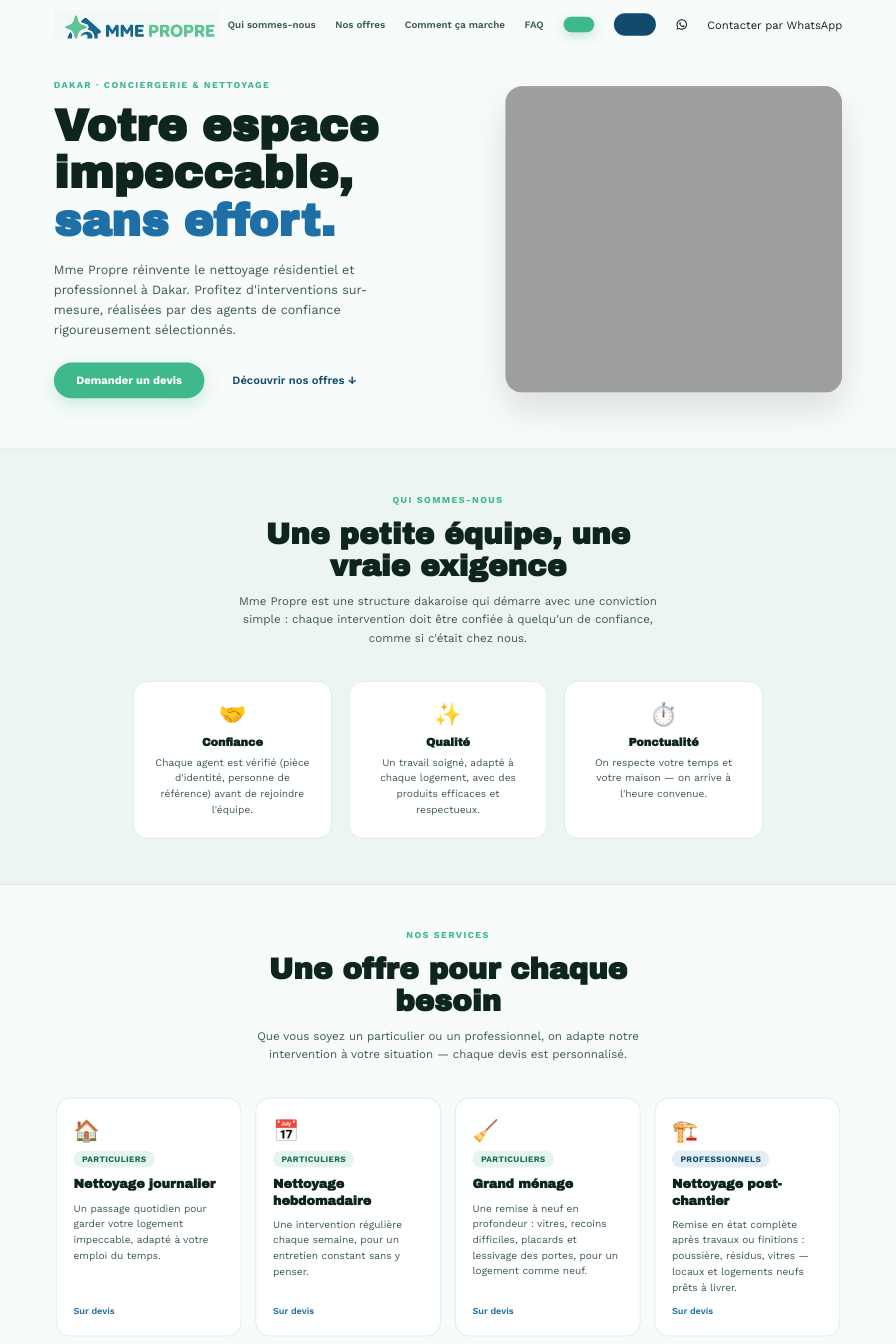
Repository: AntaaaKD/Mme-Propre
Page: index.html
These files come from the project's save history. The page is drawn as it stood at one moment and after a run of saves; the edit follows.
The browser window is 1280 px wide. The pictures show the part of the page from y = 0 to 1920 px (the page is 4385 px tall), at 70% of full size.
Pictures or frames that could not be fetched are drawn as grey boxes.

Above is the page before, as saved 2026-07-29 00:51:11.

### index.html
<!DOCTYPE html>
<html lang="fr">
<head>
<meta charset="UTF-8">
<meta name="viewport" content="width=device-width, initial-scale=1.0">
<title>Mme Propre — La propreté de votre demeure, en un clic</title>
<meta name="description" content="Nettoyage résidentiel et professionnel à Dakar : particuliers, bureaux, post-chantier. Agents de confiance, devis gratuit sous 24h.">

<!-- Aperçu de lien (WhatsApp, Facebook, etc.) -->
<meta property="og:type" content="website">
<meta property="og:title" content="Mme Propre — La propreté de votre demeure, en un clic">
<meta property="og:description" content="Nettoyage résidentiel et professionnel à Dakar : particuliers, bureaux, post-chantier. Agents de confiance, devis gratuit sous 24h.">
<meta property="og:image" content="https://images.unsplash.com/photo-1758272421751-963195322eaa?w=1200&auto=format&fit=crop&q=80">
<!-- ⚠️ Remplacer par l'URL réelle une fois le site déployé sur Netlify -->
<meta property="og:url" content="https://mme-propre.netlify.app/">
<meta name="twitter:card" content="summary_large_image">
<link rel="icon" type="image/png" href="data:[embedded picture, 38990 characters]">
<link rel="preconnect" href="https://fonts.googleapis.com">
<link rel="preconnect" href="https://fonts.gstatic.com" crossorigin>
<link href="https://fonts.googleapis.com/css2?family=Archivo+Black&family=Work+Sans:wght@400;500;600;700&display=swap" rel="stylesheet">

<!-- Sécurité : Cloudflare Turnstile -->
<script src="https://challenges.cloudflare.com/turnstile/v0/api.js" async defer></script>

<style>
  :root{
    --surface:#F7FBF9;
    --surface-2:#ECF5F0;
    --ink:#0E241E;
    --ink-soft:#3E5A52;
    --blue:#1D6FA5;
    --blue-deep:#124A6E;
    --mint:#3FB88C;
    --lemon:#F2C230;
    --line:#D6E6DE;
    --display:"Archivo Black", sans-serif;
    --body:"Work Sans", sans-serif;
  }
  *{box-sizing:border-box;}
  body{margin:0;padding:0;background:var(--surface);color:var(--ink);font-family:var(--body);}
  a{color:inherit;}
  section{scroll-margin-top:20px;}

  header{
    display:flex;align-items:center;justify-content:space-between;
    padding:15px 6vw;position:sticky;top:0;background:rgba(247,251,249,0.9);
    backdrop-filter:blur(6px);z-index:20;border-bottom:1px solid transparent;
  }
  .logo{display:flex;align-items:center;}
  .logo img{height:40px;width:auto;display:block;}
  nav{display:flex;align-items:center;gap:28px;}
  nav a.nav-link{font-size:14px;font-weight:600;color:var(--ink-soft);text-decoration:none;}
  .header-cta{
    font-size:14px;font-weight:700;color:#fff;background:var(--blue-deep);
    border-radius:999px;padding:11px 22px;text-decoration:none;
    transition:transform .15s ease;
  }
  .header-cta:hover{transform:translateY(-2px);}
  .header-cta-wa{
  display:inline-flex;align-items:center;gap:8px;background:var(--mint);
  box-shadow:0 6px 16px rgba(63,184,140,0.3);
}
.header-cta-wa:hover{box-shadow:0 10px 22px rgba(63,184,140,0.45);}
  @media (max-width:760px){ nav a.nav-link{display:none;} }

  .hero{position:relative;padding:6vh 6vw 10vh;overflow:hidden;}
  .hero-grid{position:relative;z-index:2;display:grid;grid-template-columns:1.1fr 0.9fr;gap:56px;align-items:center;}
  @media (max-width:860px){.hero-grid{grid-template-columns:1fr;gap:40px;} .hero-image{max-height:320px;}}
  .hero-image{position:relative;border-radius:24px;overflow:hidden;box-shadow:0 24px 50px rgba(14,36,30,0.12);aspect-ratio:1.1;}
  .hero-image img{width:100%;height:100%;object-fit:cover;display:block;}
  .eyebrow{font-size:13px;font-weight:700;letter-spacing:2px;text-transform:uppercase;color:var(--mint);margin-bottom:18px;}
  h1{font-family:var(--display);font-size:clamp(36px,5.5vw,64px);line-height:1.05;margin:0 0 22px;max-width:15ch;}
  h1 .accent{color:var(--blue);}
  .hero p.lead{font-size:18px;color:var(--ink-soft);max-width:46ch;line-height:1.6;margin:0 0 32px;}
  .hero-ctas{display:flex;gap:16px;align-items:center;flex-wrap:wrap;}
  .btn-primary{
    background:var(--mint);color:#fff;font-weight:700;padding:16px 32px;
    border-radius:999px;box-shadow:0 8px 24px rgba(63,184,140,0.25);text-decoration:none;
    transition:transform .2s ease, box-shadow .2s ease;
  }
  .btn-primary:hover{transform:translateY(-2px);box-shadow:0 12px 28px rgba(63,184,140,0.4);}
  .btn-secondary{font-weight:600;color:var(--blue-deep);padding:16px 24px;text-decoration:none;}

  .section{padding:9vh 6vw;}
  .section.alt{background:var(--surface-2);border-top:1px solid var(--line);border-bottom:1px solid var(--line);}
  .section-head{max-width:640px;margin:0 auto 48px;text-align:center;}
  .section-head .eyebrow{justify-content:center;display:flex;}
  .section-head h2{font-family:var(--display);font-size:clamp(28px,3.6vw,42px);margin:0 0 14px;}
  .section-head p{color:var(--ink-soft);font-size:16.5px;line-height:1.6;margin:0;}

    /* ---------- Qui sommes-nous / Valeurs ---------- */
  .values-grid{max-width:900px;margin:0 auto;display:grid;grid-template-columns:repeat(3,1fr);gap:24px;}
  @media (max-width:760px){.values-grid{grid-template-columns:1fr;}}
  .value-card{
    background:#fff;border:1.5px solid var(--line);border-radius:20px;padding:28px 24px;
    text-align:center;transition:transform .18s ease, box-shadow .18s ease;
  }
  .value-card:hover{transform:translateY(-4px);box-shadow:0 16px 32px rgba(14,36,30,0.08);}
  .value-icon{font-size:32px;display:block;margin-bottom:12px;}
  .value-card h4{font-family:var(--display);font-size:16px;margin:0 0 10px;}
  .value-card p{color:var(--ink-soft);font-size:14.5px;line-height:1.55;margin:0;}


  .offers{max-width:1120px;margin:0 auto;display:grid;grid-template-columns:repeat(4,1fr);gap:20px;}
  @media (max-width:980px){.offers{grid-template-columns:repeat(2,1fr);}}
  @media (max-width:560px){.offers{grid-template-columns:1fr;}}
  .offer-card{
    background:#fff;border:1.5px solid var(--line);border-radius:20px;padding:28px 24px;
    display:flex;flex-direction:column;gap:12px;transition:transform .18s ease, box-shadow .18s ease;
  }
  .offer-card:hover{transform:translateY(-4px);box-shadow:0 16px 32px rgba(14,36,30,0.08);}
  .offer-card .emoji{font-size:30px;}
  .offer-card h3{font-family:var(--display);font-size:18px;margin:0;line-height:1.3;}
  .offer-card p{color:var(--ink-soft);font-size:14.5px;line-height:1.55;margin:0;flex:1;}
  .offer-tag{
    align-self:flex-start;font-size:12px;font-weight:700;letter-spacing:0.5px;text-transform:uppercase;
    padding:5px 12px;border-radius:999px;
  }
  .tag-domicile{background:rgba(63,184,140,0.14);color:#1f6b4f;}
  .tag-pro{background:rgba(29,111,165,0.12);color:var(--blue-deep);}
  .offer-quote{font-size:13px;font-weight:600;color:var(--blue);margin-top:2px;}

  .steps{max-width:900px;margin:0 auto;display:grid;grid-template-columns:repeat(3,1fr);gap:28px;}
  @media (max-width:760px){.steps{grid-template-columns:1fr;}}
  .step{text-align:center;}
  .step-num{
    width:44px;height:44px;border-radius:50%;background:var(--blue-deep);color:#fff;
    display:flex;align-items:center;justify-content:center;font-family:var(--display);font-size:17px;
    margin:0 auto 16px;
  }
  .step h4{font-family:var(--display);font-size:17px;margin:0 0 8px;}
  .step p{color:var(--ink-soft);font-size:14.5px;line-height:1.55;margin:0;}

  .form-wrap{max-width:760px;margin:0 auto;background:#fff;border:1.5px solid var(--line);border-radius:24px;padding:44px 40px;}
  @media (max-width:600px){.form-wrap{padding:32px 22px;}}
  .grid{display:grid;grid-template-columns:1fr 1fr;gap:16px;}
  @media (max-width:680px){.grid{grid-template-columns:1fr;}}
  .field{display:flex;flex-direction:column;gap:6px;}
  .field.full{grid-column:1/-1;}
  label{font-size:13px;font-weight:600;color:var(--ink-soft);}
  input,select,textarea{
    font-family:var(--body);font-size:15px;border:1.5px solid var(--line);border-radius:12px;
    padding:13px 15px;background:#fff;color:var(--ink);outline:none;transition:border-color .18s ease;
  }
  input:focus,select:focus,textarea:focus{border-color:var(--blue);}
  textarea{resize:vertical;min-height:90px;}

  .security-row { margin-top: 10px; display: flex; justify-content: center; width: 100%; }

  .submit-row{margin-top:20px;display:flex;align-items:center;gap:16px;flex-wrap:wrap;}
  .btn-whatsapp{
    display:inline-flex;align-items:center;gap:10px;background:var(--mint);color:#fff;border:none;
    border-radius:999px;padding:15px 26px;font-family:var(--body);font-weight:700;font-size:15px;cursor:pointer;
    transition:transform .15s ease, box-shadow .15s ease;
  }
  .btn-whatsapp:hover{transform:translateY(-2px);box-shadow:0 8px 22px rgba(63,184,140,0.35);}
  .btn-whatsapp:disabled{opacity:0.6;cursor:not-allowed;transform:none;}
  .btn-whatsapp-outline{
    display:inline-flex;align-items:center;gap:10px;background:#fff;color:var(--ink);border:1.5px solid var(--line);
    border-radius:999px;padding:14px 24px;font-family:var(--body);font-weight:700;font-size:14.5px;cursor:pointer;
    transition:transform .15s ease, border-color .15s ease;
  }
  .btn-whatsapp-outline:hover{transform:translateY(-2px);border-color:var(--mint);}
  .hint{font-size:13px;color:var(--ink-soft);}
  .privacy-note{font-size:12.5px;color:var(--ink-soft);margin-top:10px;line-height:1.5;}
  .hp-field{position:absolute;left:-9999px;top:-9999px;height:0;width:0;overflow:hidden;}

  .direct{padding:8vh 6vw;text-align:center;}

  /* ---------- FAQ ---------- */
  .faq-list{max-width:760px;margin:0 auto;display:flex;flex-direction:column;gap:14px;}
  .faq-item{
    background:#fff;border:1.5px solid var(--line);border-radius:16px;
    padding:6px 22px;transition:border-color .18s ease;
  }
  .faq-item[open]{border-color:var(--mint);}
  .faq-item summary{
    padding:16px 0;font-family:var(--display);font-size:15.5px;cursor:pointer;
    list-style:none;display:flex;align-items:center;justify-content:space-between;gap:16px;color:var(--ink);
  }
  .faq-item summary::-webkit-details-marker{display:none;}
  .faq-item summary::after{
    content:"+";font-family:var(--body);font-size:22px;font-weight:400;color:var(--mint);flex-shrink:0;
    transition:transform .2s ease;
  }
  .faq-item[open] summary::after{transform:rotate(45deg);}
  .faq-item p{color:var(--ink-soft);font-size:14.5px;line-height:1.6;margin:0 0 18px;}
  .direct h3{font-family:var(--display);font-size:clamp(22px,3vw,30px);margin:0 0 12px;}
  .direct p{color:var(--ink-soft);margin:0 0 26px;font-size:16px;}
  .btn-direct{
    display:inline-flex;align-items:center;gap:10px;
    background:var(--blue-deep);color:#fff;border:none;border-radius:999px;
    padding:16px 30px;font-family:var(--body);font-weight:700;font-size:15.5px;text-decoration:none;
    transition:transform .15s ease;
  }
  .btn-direct:hover{transform:translateY(-2px);}

  footer{padding:26px 6vw;border-top:1px solid var(--line);font-size:13px;color:var(--ink-soft);display:flex;justify-content:space-between;flex-wrap:wrap;gap:10px;}
</style>
</head>
<body>

<header>
  <div class="logo"><img src="data:[embedded picture, 79982 characters]" alt="Mme Propre"></div>
    <nav>
    <a class="nav-link" href="#apropos">Qui sommes-nous</a>
    <a class="nav-link" href="#offres">Nos offres</a>
    <a class="nav-link" href="#comment">Comment ça marche</a>
    <a class="nav-link" href="#faq">FAQ</a>
    <a class=" header-cta header-cta-wa" id="header-wa-btn" href="#" target="_blank" rel="noopener">
    <a class="btn-direct" id="direct-wa" href="#" target="_blank" rel="noopener"></a>
  <svg viewBox="0 0 24 24" width="18" height="18" fill="currentColor" aria-hidden="true">
    <path d="M12 2C6.48 2 2 6.48 2 12c0 1.85.5 3.58 1.38 5.07L2 22l5.11-1.34A9.94 9.94 0 0 0 12 22c5.52 0 10-4.48 10-10S17.52 2 12 2zm0 18c-1.63 0-3.16-.44-4.48-1.21l-.32-.19-3.03.79.81-2.95-.21-.31A7.94 7.94 0 0 1 4 12c0-4.41 3.59-8 8-8s8 3.59 8 8-3.59 8-8 8zm4.36-5.86c-.24-.12-1.42-.7-1.64-.78-.22-.08-.38-.12-.54.12-.16.24-.62.78-.76.94-.14.16-.28.18-.52.06-.24-.12-1.01-.37-1.92-1.19-.71-.63-1.19-1.41-1.33-1.65-.14-.24-.01-.37.11-.49.11-.11.24-.28.36-.42.12-.14.16-.24.24-.4.08-.16.04-.3-.02-.42-.06-.12-.54-1.3-.74-1.78-.19-.46-.39-.4-.54-.4-.14 0-.3-.02-.46-.02s-.42.06-.64.3c-.22.24-.84.82-.84 2s.86 2.32.98 2.48c.12.16 1.7 2.6 4.12 3.64.58.25 1.03.4 1.38.51.58.18 1.11.16 1.53.1.47-.07 1.42-.58 1.62-1.14.2-.56.2-1.04.14-1.14-.06-.1-.22-.16-.46-.28z"/>
  </svg>
  <span>Contacter par WhatsApp</span>
</a>
  </nav>
</header>

<section class="hero">
  <div class="hero-grid">
    <div>
      <div class="eyebrow">Dakar · Conciergerie & Nettoyage</div>
      <h1>Votre espace impeccable, <span class="accent">sans effort.</span></h1>
      <p class="lead">Mme Propre réinvente le nettoyage résidentiel et professionnel à Dakar. Profitez d'interventions sur-mesure, réalisées par des agents de confiance rigoureusement sélectionnés.</p>
      <div class="hero-ctas">
        <a href="#devis" class="btn-primary">Demander un devis</a>
        <a href="#offres" class="btn-secondary">Découvrir nos offres ↓</a>
      </div>
    </div>
    <div class="hero-image">
      <img src="https://african.land/oc-content/plugins/blog/img/blog/328.jpg" alt="Nettoyage professionnel de maison à Dakar">

    </div>
  </div>
</section>



<!-- ============ NOUVELLE SECTION : QUI SOMMES-NOUS ============ -->
<section class="section alt" id="apropos">
  <div class="section-head">
    <div class="eyebrow">Qui sommes-nous</div>
    <h2>Une petite équipe, une vraie exigence</h2>
    <p>Mme Propre est une structure dakaroise qui démarre avec une conviction simple : chaque intervention doit être confiée à quelqu'un de confiance, comme si c'était chez nous.</p>
  </div>
  <div class="values-grid">
    <div class="value-card">
      <span class="value-icon">🤝</span>
      <h4>Confiance</h4>
      <p>Chaque agent est vérifié (pièce d'identité, personne de référence) avant de rejoindre l'équipe.</p>
    </div>
    <div class="value-card">
      <span class="value-icon">✨</span>
      <h4>Qualité</h4>
      <p>Un travail soigné, adapté à chaque logement, avec des produits efficaces et respectueux.</p>
    </div>
    <div class="value-card">
      <span class="value-icon">⏱️</span>
      <h4>Ponctualité</h4>
      <p>On respecte votre temps et votre maison — on arrive à l'heure convenue.</p>
    </div>
  </div>
</section>
<!-- ============ FIN NOUVELLE SECTION ============ -->

<section class="section" id="offres">
  <div class="section-head">
    <div class="eyebrow">Nos services</div>
    <h2>Une offre pour chaque besoin</h2>
    <p>Que vous soyez un particulier ou un professionnel, on adapte notre intervention à votre situation — chaque devis est personnalisé.</p>
  </div>
  <div class="offers">
    <div class="offer-card">
      <span class="emoji">🏠</span>
      <span class="offer-tag tag-domicile">Particuliers</span>
      <h3>Nettoyage journalier</h3>
      <p>Un passage quotidien pour garder votre logement impeccable, adapté à votre emploi du temps.</p>
      <span class="offer-quote">Sur devis</span>
    </div>
    <div class="offer-card">
      <span class="emoji">📅</span>
      <span class="offer-tag tag-domicile">Particuliers</span>
      <h3>Nettoyage hebdomadaire</h3>
      <p>Une intervention régulière chaque semaine, pour un entretien constant sans y penser.</p>
      <span class="offer-quote">Sur devis</span>
    </div>
    <div class="offer-card">
      <span class="emoji">🧹</span>
      <span class="offer-tag tag-domicile">Particuliers</span>
      <h3>Grand ménage</h3>
      <p>Une remise à neuf en profondeur : vitres, recoins difficiles, placards et lessivage des portes, pour un logement comme neuf.</p>
      <span class="offer-quote">Sur devis</span>
    </div>
    <div class="offer-card">
      <span class="emoji">🏗️</span>
      <span class="offer-tag tag-pro">Professionnels</span>
      <h3>Nettoyage post-chantier</h3>
      <p>Remise en état complète après travaux ou finitions : poussière, résidus, vitres — locaux et logements neufs prêts à livrer.</p>
      <span class="offer-quote">Sur devis</span>
    </div>
  </div>
</section>

<section class="section alt" id="comment">
  <div class="section-head">
    <div class="eyebrow">Simple et rapide</div>
    <h2>Comment ça marche</h2>
  </div>
  <div class="steps">
    <div class="step">
      <div class="step-num">1</div>
      <h4>Vous nous contactez</h4>
      <p>Décrivez votre besoin via le formulaire ou directement sur WhatsApp : type de bien, surface, fréquence souhaitée.</p>
    </div>
    <div class="step">
      <div class="step-num">2</div>
      <h4>On évalue ensemble</h4>
      <p>Selon la situation, on échange par téléphone et on organise une visite pour établir un devis précis et adapté.</p>
    </div>
    <div class="step">
      <div class="step-num">3</div>
      <h4>Intervention programmée</h4>
      <p>Une fois le devis validé, on planifie l'intervention à la date qui vous convient le mieux.</p>
    </div>
  </div>
</section>

<section class="section" id="faq">
  <div class="section-head">
    <div class="eyebrow">Questions fréquentes</div>
    <h2>Ce que vous vous demandez peut-être</h2>
  </div>
  <div class="faq-list">
    <details class="faq-item">
      <summary>Comment sélectionnez-vous vos agents de nettoyage ?</summary>
      <p>Chaque candidat passe par une vérification d'identité (pièce d'identité) et fournit une personne de référence avant de rejoindre l'équipe. On reste une petite structure qui démarre, donc chaque profil est validé personnellement plutôt que via un processus automatisé.</p>
    </details>
    <details class="faq-item">
      <summary>Dois-je être présent(e) pendant l'intervention ?</summary>
      <p>Ce n'est pas obligatoire, mais c'est recommandé pour la toute première intervention afin de valider ensemble vos attentes et l'accès au logement. Pour les interventions suivantes, on s'organise selon ce qui vous convient le mieux.</p>
    </details>
    <details class="faq-item">
      <summary>Comment se passe le paiement ?</summary>
      <p>Les modalités (montant, moyen de paiement, fréquence) sont fixées ensemble au moment du devis, avant toute intervention — vous savez exactement à quoi vous attendre dès le départ.</p>
    </details>
    <details class="faq-item">
      <summary>Que se passe-t-il si je ne suis pas satisfait(e) ?</summary>
      <p>Contactez-nous directement — on préfère de loin ajuster le service avec vous plutôt que de laisser un problème sans réponse.</p>
    </details>
    <details class="faq-item">
      <summary>Travaillez-vous aussi avec les professionnels de l'immobilier et du bâtiment ?</summary>
      <p>Oui — nettoyage post-chantier, remise en état de logements neufs ou de locaux avant livraison. Contactez-nous pour discuter de vos besoins, ponctuels ou récurrents.</p>
    </details>
  </div>
</section>

<section class="section" id="devis">
  <div class="section-head">
    <div class="eyebrow">Demande de devis</div>
    <h2>Parlez-nous de votre projet</h2>
    <p>Particulier ou professionnel, remplissez ce formulaire — on revient vers vous rapidement avec une proposition adaptée.</p>
  </div>

  <div class="form-wrap">
    <div class="grid">
      <div class="field"><label for="d-nom">Nom complet</label><input id="d-nom" type="text" required maxlength="80" autocomplete="name" placeholder="Ex : Awa Diagne"></div>
      <div class="field"><label for="d-tel">Numéro de téléphone</label><input id="d-tel" type="tel" required maxlength="25" autocomplete="tel" inputmode="tel" pattern="^[0-9+ ]{7,25}$" placeholder="77 000 00 00"></div>
      <div class="field">
        <label for="d-type">Vous êtes</label>
        <select id="d-type">
          <option value="Particulier — Domicile">Particulier — nettoyage domicile</option>
          <option value="Pro — Post-chantier">Professionnel — nettoyage post-chantier</option>
          <option value="Pro — Bureaux/Locaux">Professionnel — bureaux / locaux</option>
          <option value="Autre">Autre</option>
        </select>
      </div>
      <div class="field"><label for="d-zone">Quartier / zone</label><input id="d-zone" type="text" placeholder="Ex : Sacré-Cœur, Dakar" maxlength="100"></div>
      <div class="field full"><label for="d-surface">Surface ou taille approximative (si connue)</label><input id="d-surface" type="text" placeholder="Ex : Appartement 3 pièces, ou 200 m²" maxlength="100"></div>
      <div class="field full">
        <label for="d-msg">Décrivez votre besoin</label>
        <textarea id="d-msg" maxlength="1000" placeholder="Ex : Nettoyage de fin de chantier pour un immeuble de 4 appartements..."></textarea>
      </div>

      <!-- Champ piège anti-bot : invisible pour un humain, souvent rempli par les robots -->
      <div class="field full hp-field" aria-hidden="true">
        <label for="d-site">Laisser ce champ vide</label>
        <input id="d-site" type="text" tabindex="-1" autocomplete="off">
      </div>

      <div class="field full security-row">
        <div class="cf-turnstile" data-sitekey="0x4AAAAAAD6Cu6YosposxSZD"></div>
      </div>
    </div>

    <div class="submit-row">
      <button class="btn-whatsapp" id="submit-btn">Envoyer ma demande</button>
      <button class="btn-whatsapp-outline" id="wa-direct-btn">Ou nous écrire sur WhatsApp</button>
    </div>
    <div class="hint" id="submit-status" style="margin-top:14px;">On vous répond généralement sous 24h.</div>
    <p class="privacy-note">En envoyant ce formulaire, vous acceptez que Mme Propre conserve ces informations pour vous recontacter au sujet de votre demande. Elles ne sont ni revendues, ni partagées avec des tiers.</p>
  </div>
</section>

<section class="direct">
  <h3>Une question avant de remplir le formulaire ?</h3>
  <p>Écrivez-nous directement, on répond vite.</p>
  <a class="btn-direct" id="direct-wa" href="#" target="_blank" rel="noopener">Contacter Mme Propre sur WhatsApp</a>
</section>

<footer>
  <span>Mme Propre — Dakar, Sénégal</span>
  <a class="footer-phone" href="tel:+221775730664">
    <svg viewBox="0 0 24 24" width="16" height="16" fill="currentColor" aria-hidden="true">
      <path d="M6.62 10.79a15.05 15.05 0 0 0 6.59 6.59l2.2-2.2a1 1 0 0 1 1.02-.24 11.36 11.36 0 0 0 3.57.57 1 1 0 0 1 1 1V20a1 1 0 0 1-1 1A17 17 0 0 1 3 4a1 1 0 0 1 1-1h3.5a1 1 0 0 1 1 1 11.36 11.36 0 0 0 .57 3.57 1 1 0 0 1-.25 1.02l-2.2 2.2z"/>
    </svg>
    <span>+221 77 573 06 64</span>
  </a>
  <span>Nettoyage résidentiel & professionnel</span>
</footer>
<script src="script.js"></script>

</body>
</html>

Loaded but not shown: script.js (105 lines, source omitted)

After the next 2 saves:
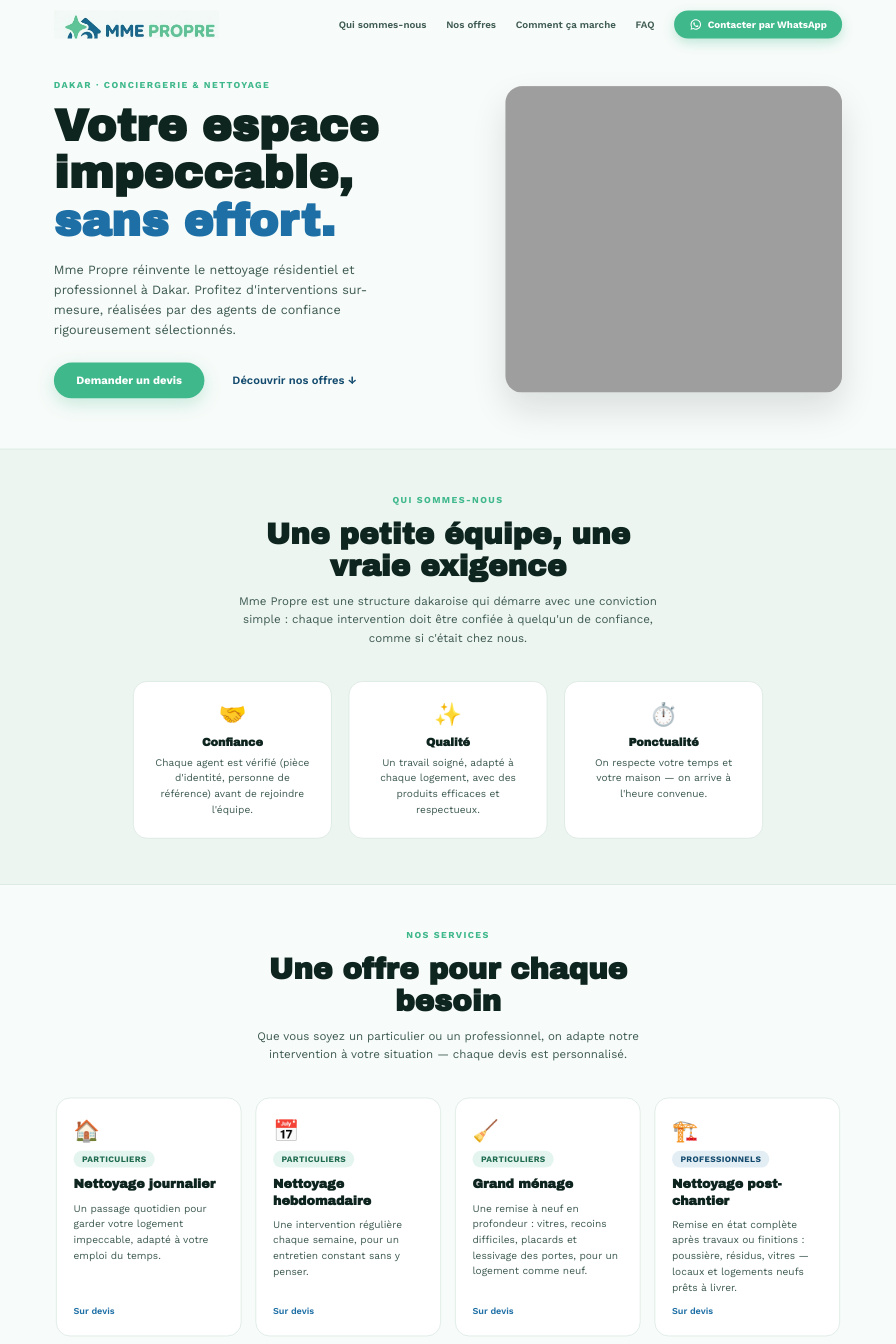
The 2 saves are shown as one change because they came seconds apart.
The last was saved 21 s later.
--- a/index.html
+++ b/index.html
@@ -208,7 +208,7 @@
     <a class="nav-link" href="#comment">Comment ça marche</a>
     <a class="nav-link" href="#faq">FAQ</a>
     <a class=" header-cta header-cta-wa" id="header-wa-btn" href="#" target="_blank" rel="noopener">
-    <a class="btn-direct" id="direct-wa" href="#" target="_blank" rel="noopener"></a>
+
   <svg viewBox="0 0 24 24" width="18" height="18" fill="currentColor" aria-hidden="true">
     <path d="M12 2C6.48 2 2 6.48 2 12c0 1.85.5 3.58 1.38 5.07L2 22l5.11-1.34A9.94 9.94 0 0 0 12 22c5.52 0 10-4.48 10-10S17.52 2 12 2zm0 18c-1.63 0-3.16-.44-4.48-1.21l-.32-.19-3.03.79.81-2.95-.21-.31A7.94 7.94 0 0 1 4 12c0-4.41 3.59-8 8-8s8 3.59 8 8-3.59 8-8 8zm4.36-5.86c-.24-.12-1.42-.7-1.64-.78-.22-.08-.38-.12-.54.12-.16.24-.62.78-.76.94-.14.16-.28.18-.52.06-.24-.12-1.01-.37-1.92-1.19-.71-.63-1.19-1.41-1.33-1.65-.14-.24-.01-.37.11-.49.11-.11.24-.28.36-.42.12-.14.16-.24.24-.4.08-.16.04-.3-.02-.42-.06-.12-.54-1.3-.74-1.78-.19-.46-.39-.4-.54-.4-.14 0-.3-.02-.46-.02s-.42.06-.64.3c-.22.24-.84.82-.84 2s.86 2.32.98 2.48c.12.16 1.7 2.6 4.12 3.64.58.25 1.03.4 1.38.51.58.18 1.11.16 1.53.1.47-.07 1.42-.58 1.62-1.14.2-.56.2-1.04.14-1.14-.06-.1-.22-.16-.46-.28z"/>
   </svg>
